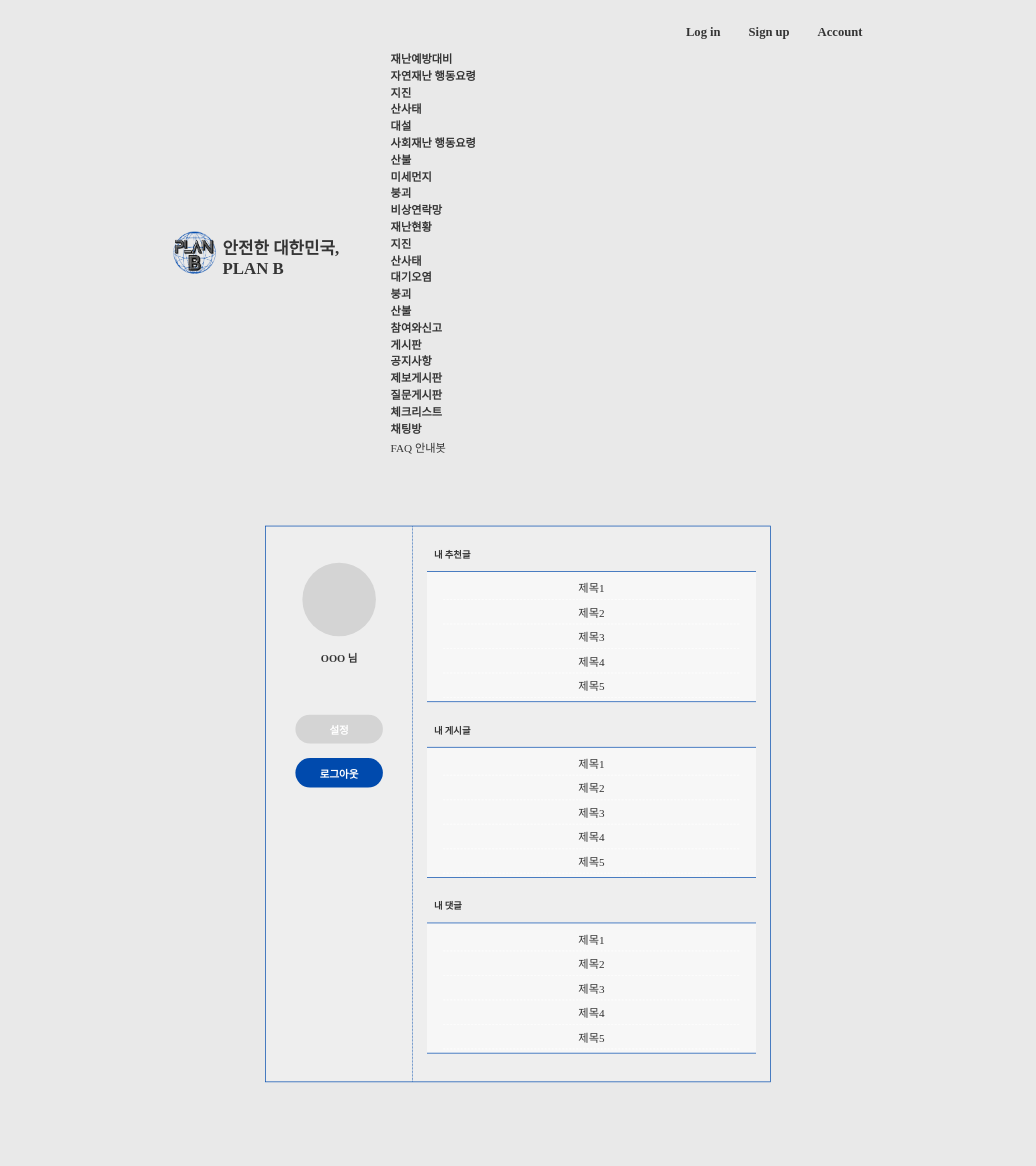
Repository: finalteam4/final
Page: http://localhost/member/account
The author's editor kept a copy of each file at every save. The page is drawn from the files as they stood at one save, then again after the next save.
The browser window is 1280 px wide. The page is 1480 px wide, so the pictures cover 1480 px, including what lies to the right of the window. The pictures show the whole page, at 70% of full size.
The page is this project's Thymeleaf template; nobody is signed in. The template is opened directly, without the code that normally fills it, so the values that code supplies are empty.

Above is the page before, as saved 2024-02-08 03:04:53.

After the next save:
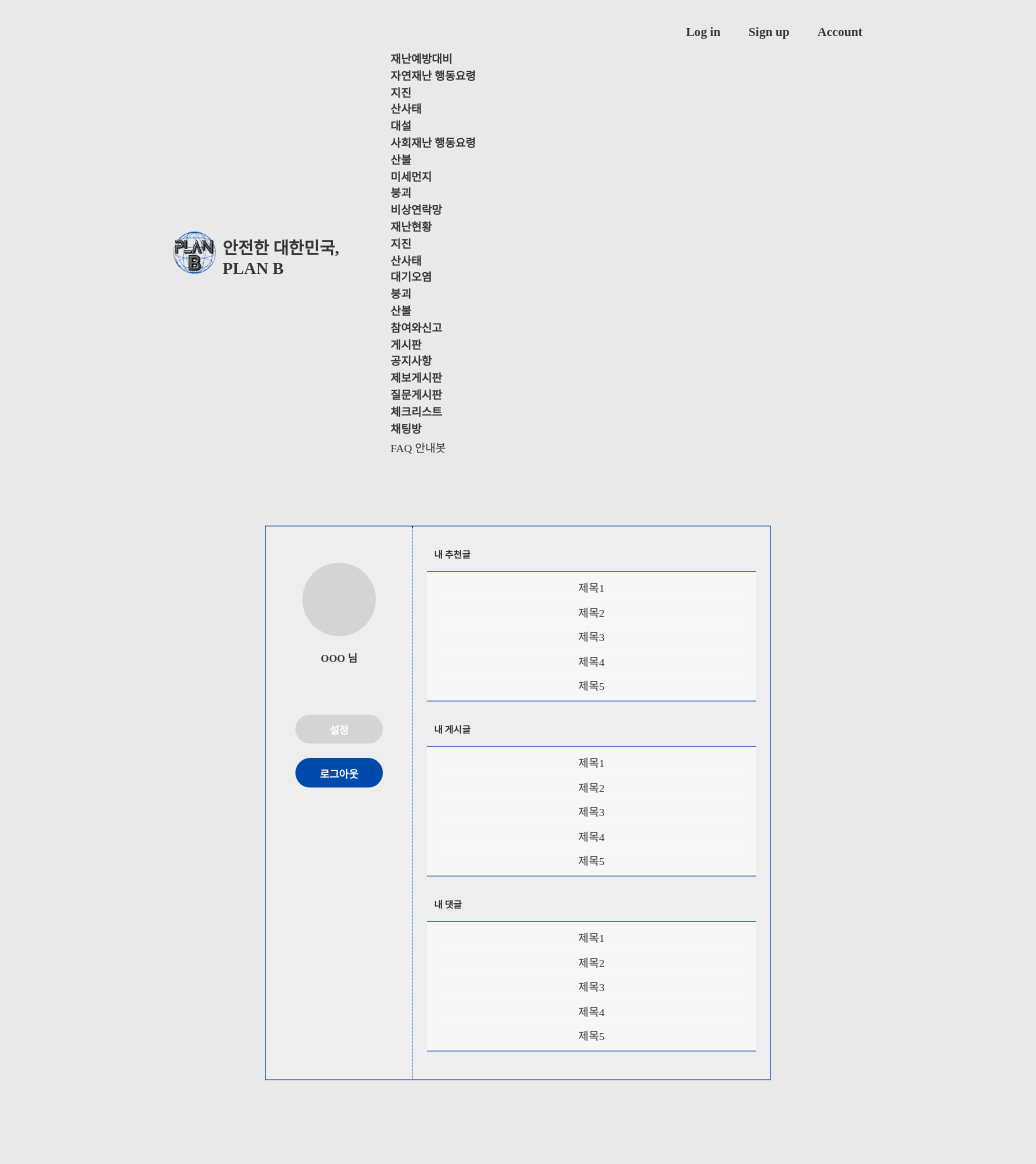
Saved 73 s later.
--- a/final/src/main/resources/static/css/style.css
+++ b/final/src/main/resources/static/css/style.css
@@ -252,6 +252,9 @@ ul li{list-style: none;}
     border-bottom: 1px dashed white;
     text-align: center;
   }
+#right .mcontent p:last-child {
+  border-bottom: none;
+}
   .line2 {
     border-left: 1px dotted #004aad;
     width: 0;
